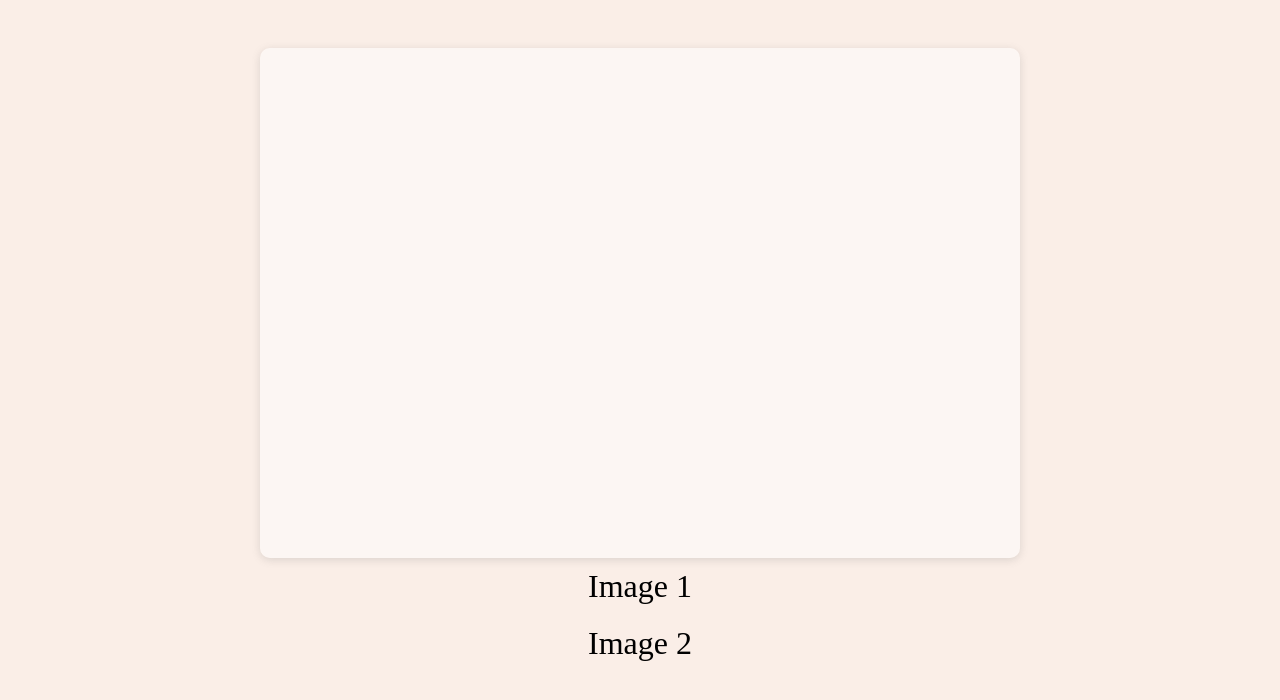
Repository: Lucas-Cassan/img-assembler
Page: / (app in frontend/)
An editor plug-in stored every save of this project. The page is shown before and after the next save, followed by the edit.
The browser window is 1280 px wide. The pictures show the whole page.
The project was rebuilt for these pictures with package versions that can differ from the ones it lists, and the page was loaded fresh each time.

Above is the page before, as saved 2022-02-02 15:21:46.

### frontend/src/index.js
import React from "react";
import ReactDOM from "react-dom";
import "./styles/index.scss";
import App from "./App";

ReactDOM.render(
  <React.StrictMode>
    <App />
  </React.StrictMode>,
  document.getElementById("root"),
);

### frontend/src/styles/index.scss
html{
    padding: 0;
    margin: 0;

    body{
        padding: 0;
        margin: 0;
        width: 100vw;
        height: 100vh;
        overflow: hidden;
        background-color: #FAEEE7;

        #root{
            width: 100%;
            height: 100%;
            display: flex;
            justify-content: center;
            align-items: center;
            flex-direction: column;

            #image{
                width: 750Px;
                padding: 5px;
                height: 500px;
                background-color: rgba($color: #FFF, $alpha: .5);
                border-radius: 10px;
                box-shadow: rgba(99, 99, 99, 0.2) 0px 2px 8px 0px;
                overflow: hidden;
            }
            form{
                display: flex;
                justify-content: center;
                align-items: center;
                width: 100%;
                height: auto;

                input{
                    display: none;
                }
                label{
                    cursor: pointer;
                    margin: 5px;
                    padding: 5px;
                    font-size: 2em;
                }
            }
        }

    }
}

### frontend/src/App.js
import React from "react";
import Fusiooooon from "./pages/Fusiooooon";

const App = () => {
  return (
    <>
      <Fusiooooon />
    </>
  );
};

export default App;

### frontend/src/pages/Fusiooooon.js
import React, { useState } from "react";
import axios from "axios";

const Fusiooooon = () => {
  const [file1, setFile1] = useState();
  const [file2, setFile2] = useState();

  const handleSubmit = (e) => {
    e.preventDefault();

    console.log(file1);
    const data = new FormData();
    data.append("file", file1);

    axios({
      method: "post",
      url: `http://localhost:5000/img/merge`,
      data,
    })
      .then((res) => console.log(res))
      .catch((err) => console.log(err));
  };

  const handleSubmit2 = (e) => {
    e.preventDefault();

    console.log(file1);
    const data = new FormData();
    data.append("file", file2);

    axios({
      method: "post",
      url: `http://localhost:5000/img/merge`,
      data,
    })
      .then((res) => console.log(res))
      .catch((err) => console.log(err));
  };

  return (
    <>
      <div id="image"></div>
      <form action="" onSubmit={handleSubmit}>
        <label htmlFor="image1">Image 1</label>
        <input
          type="file"
          name="image1"
          id="image1"
          accept=".jpg, .jpeg, .png"
          onChange={(e) => setFile1(e.target.image1[0])}
        />
        <input type="submit" value="enregistrer" />
      </form>
      <form action="" onSubmit={handleSubmit2}>
        <label htmlFor="image2">Image 2</label>
        <input
          type="file"
          name="image2"
          id="image2"
          accept=".jpg, .jpeg, .png"
          onChange={(e) => setFile2(e.target.image2[0])}
        />
        <input type="submit" value="enregistrer" />
      </form>
    </>
  );
};

export default Fusiooooon;

Loaded but not shown: frontend/public/index.html (common file)

After the next save:
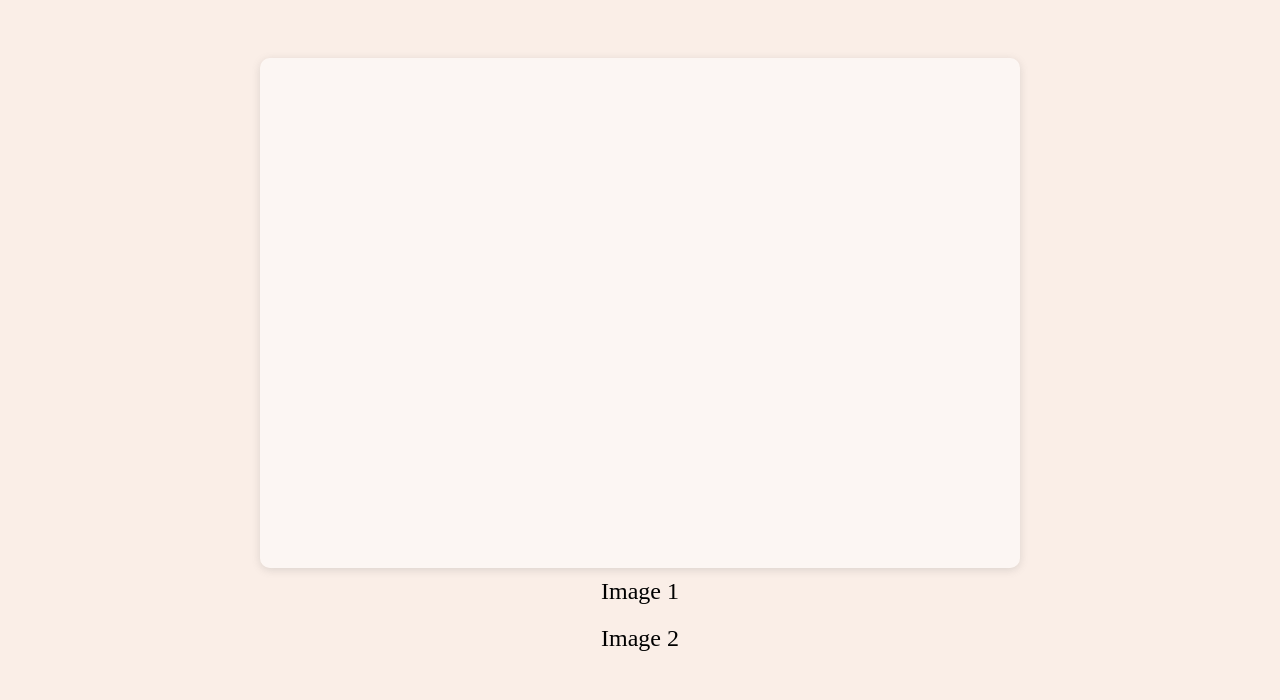
Saved 4 s later.
--- a/frontend/src/styles/index.scss
+++ b/frontend/src/styles/index.scss
@@ -41,7 +41,7 @@ html{
                     cursor: pointer;
                     margin: 5px;
                     padding: 5px;
-                    font-size: 2em;
+                    font-size: 1.5em;
                 }
             }
         }
